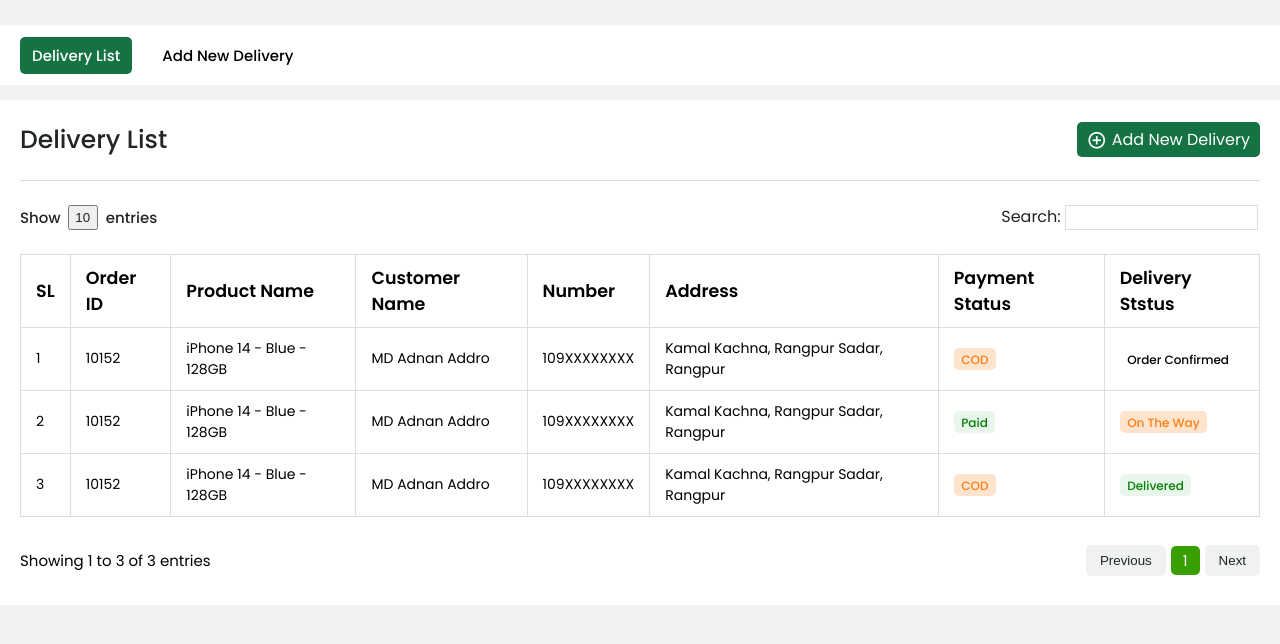
Repository: codebyaddro/delivery-page
Page: delivery.html
The author's editor kept a copy of each file at every save. The page is drawn from the files as they stood at one save, then again after the next save.
The browser window is 1280 px wide. The pictures show the whole page.

Above is the page before, as saved 2025-02-27 14:12:16.

After the next save:
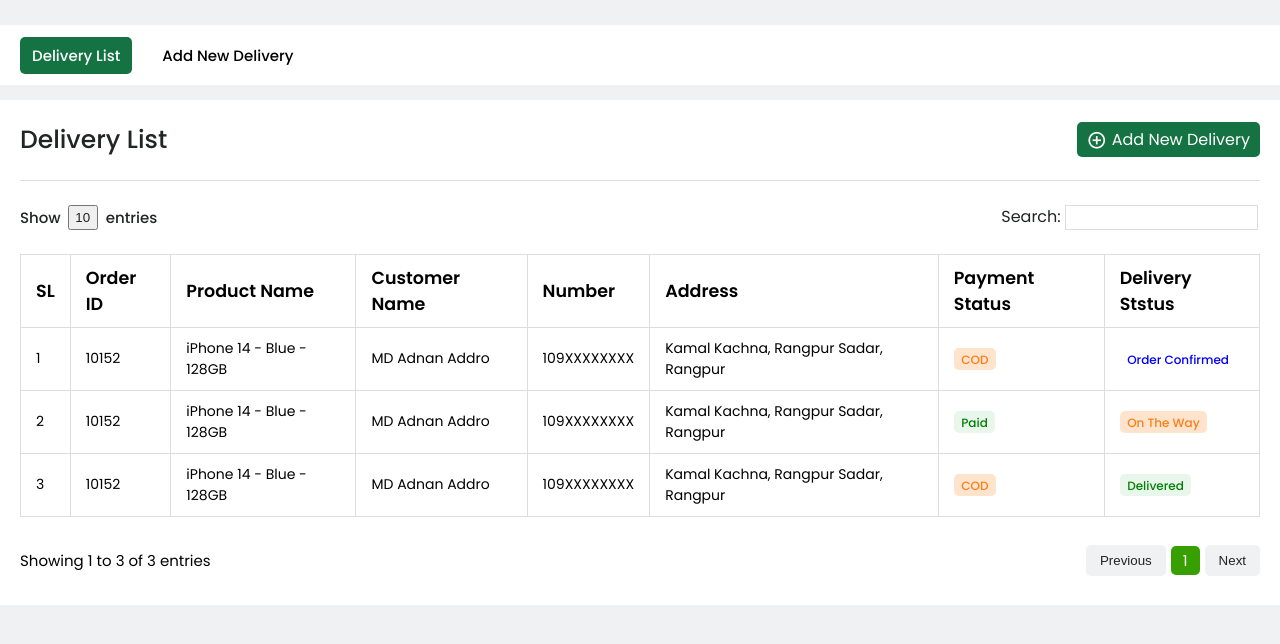
Saved 54 s later.
--- a/delivery.css
+++ b/delivery.css
@@ -18,7 +18,7 @@
     --lt-green: #e9f6ec;
     --red: #FF0000;
     --light-red: #fbeaec;
-    --blue: 0000ff;
+    --blue: #0000ff;
     ---lt-blue: #e6e6ff;
 }
 
